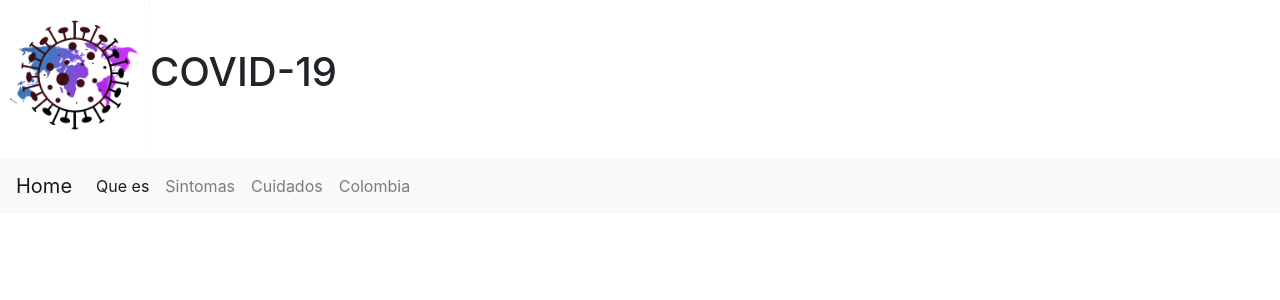
Repository: AndreyRi13/1erparcial1151804
Page: index.html
An editor plug-in stored every save of this project. The page is shown before and after the next save, followed by the edit.
The browser window is 1280 px wide. The pictures show the whole page.

Above is the page before, as saved 2020-10-06 06:23:39.
Console error (its wording comes from the project's code and is left out).

After the next save:
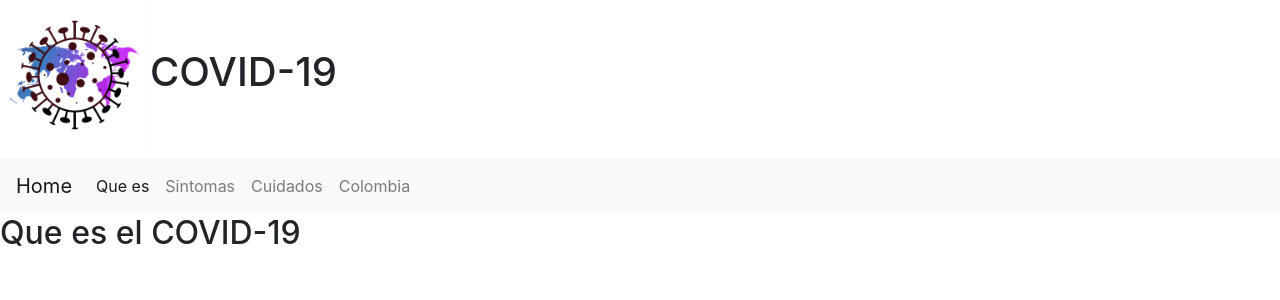
Saved 7 s later.
--- a/index.html
+++ b/index.html
@@ -39,7 +39,7 @@
 
           <div id="section">
 
-            <h2></h2>
+            <h2>Que es el COVID-19</h2>
 
 
 
